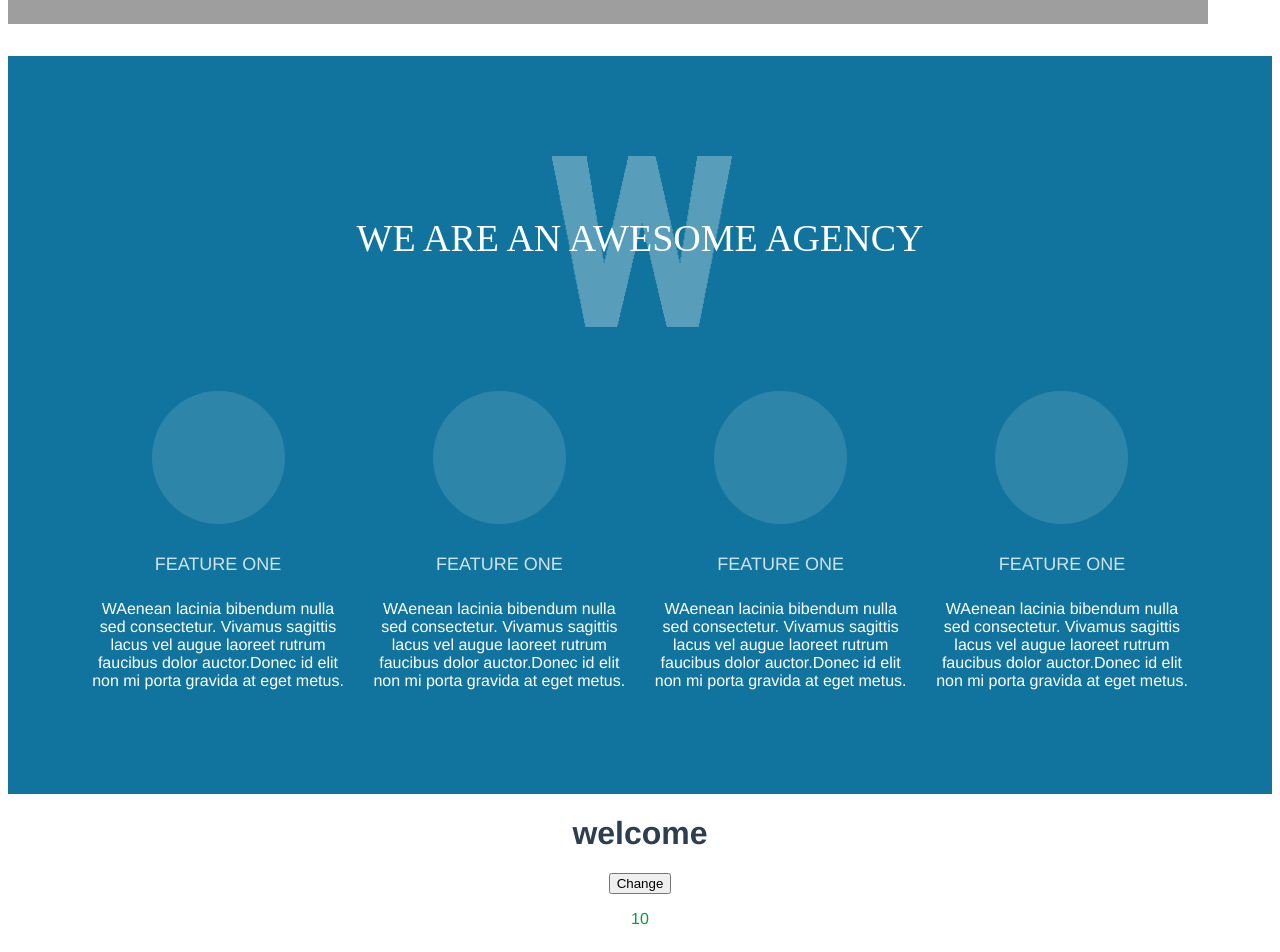
Repository: joker506/Creatives
Page: /
An editor plug-in stored every save of this project. The page is shown before and after the next save, followed by the edit.
The browser window is 1280 px wide. The pictures show the part of the page from y = 884 to 1836 px (the page is 1836 px tall).
Pictures or frames that could not be fetched are drawn as grey boxes. The project was rebuilt for these pictures with package versions that can differ from the ones it lists, and the page was loaded fresh each time.

Above is the page before, as saved 2020-04-01 19:13:19.

After the next save:
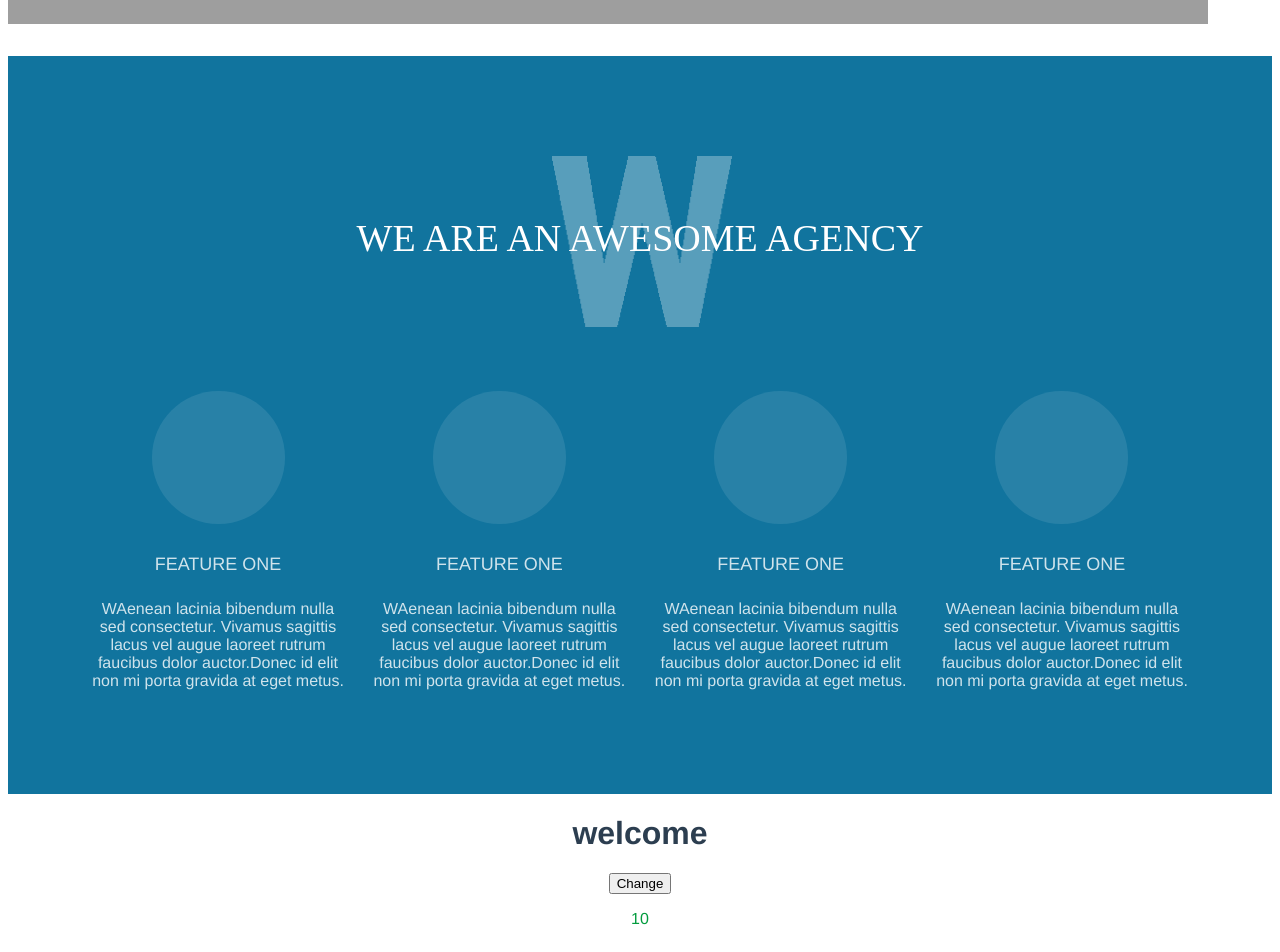
Saved 14 s later.
--- a/src/components/AdvantagesApp.vue
+++ b/src/components/AdvantagesApp.vue
@@ -90,13 +90,14 @@ position: relative;
 .block__first{
     width: 256px;
     color: #ffffff;
+    opacity: 0.8;
+
 }
 .block__title{
     font-size: 18px;
 font-weight: 500;
 line-height: 36px;
 text-transform: uppercase;
-opacity: 0.8;
 }
 
 </style>
